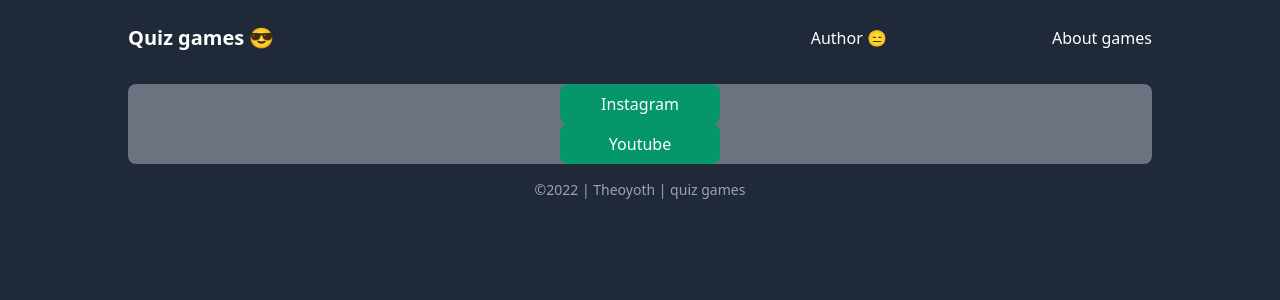
Repository: theoyoth/quiz-game
Page: /author
These files come from the project's save history. The page is drawn as it stood at one moment and after the next save; the edit follows.
The browser window is 1280 px wide. The pictures show the whole page.
The project was rebuilt for these pictures with package versions that can differ from the ones it lists, and the page was loaded fresh each time. The framework's server and built-in components were replaced by stand-ins that run in the browser. Also part of the build but not shown: nuxt.config.js, components/EndPage.vue, components/Loading.vue, layouts/404.vue, layouts/error.vue, layouts/errorLayout.vue.

Above is the page before, as saved 2022-06-16 20:12:32.

After the next save:
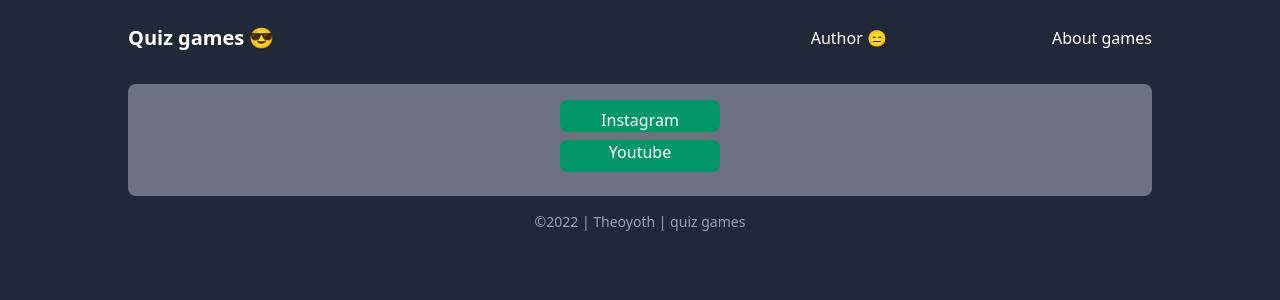
Saved 50 s later.
--- a/pages/author.vue
+++ b/pages/author.vue
@@ -1,13 +1,13 @@
 <template>
   <div>
-    <div class="bg-gray-500 rounded-lg flex flex-col items-center justify-around mt-8 h-3/4">
-      <a href="https://www.instagram.com/theoyoth/" target="_blank" class="bg-green-600 py-2 w-40 rounded-lg text-center">
+    <div class="bg-gray-500 rounded-lg py-4 flex flex-col items-center justify-around mt-8">
+      <a href="https://www.instagram.com/theoyoth/" target="_blank" class="bg-green-600 pt-2 w-40 rounded-lg text-center mb-2">
         <button>Instagram</button>
       </a>
       <!-- <a href="/game" target="_blank" class="bg-green-600 py-2 px-4 rounded-lg text-center">
         <button>Facebook</button>
       </a> -->
-      <a href="/game" target="_blank" class="bg-green-600 py-2 w-40 rounded-lg text-center">
+      <a href="/game" target="_blank" class="bg-green-600 pb-2 w-40 rounded-lg text-center mb-2">
         <button>Youtube</button>
       </a>
     </div>
